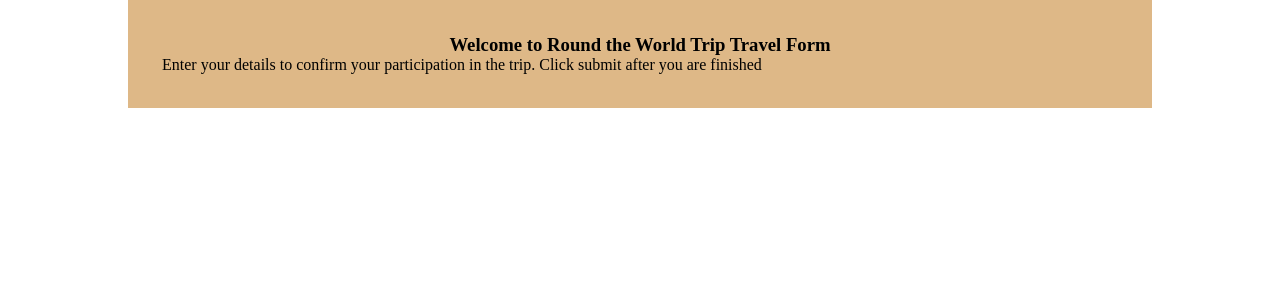
Repository: AvinashLikesToLearnNewStuff/TravelForm
Page: index.html
These files come from the project's save history. The page is drawn as it stood at one moment and after the next save; the edit follows.
The browser window is 1280 px wide. The pictures show the whole page.

Above is the page before, as saved 2023-03-18 16:30:00.
Console error: SyntaxError: Unexpected token '<'

### index.html
<!DOCTYPE html>
<html lang="en">
  <head>
    <meta charset="UTF-8" />
    <meta http-equiv="X-UA-Compatible" content="IE=edge" />
    <meta name="viewport" content="width=device-width, initial-scale=1.0" />
    <title>Travel to new places</title>
    <link rel="stylesheet" href="style.css" />
  </head>
  <body>
    <div class="container">
      <h3>Welcome to Round the World Trip Travel Form</h3>
      <p>
        Enter your details to confirm your participation in the trip. Click
        submit after you are finished
      </p>

      <form action="index.php" method="post"></form>
    </div>
    <script src="index.js"></script>
  </body>
</html>

### style.css
* {
    margin: 0px;
    padding: 0px;
    box-sizing: border-box;
}

.container {
    max-width: 80%;
    background-color: burlywood;
    padding: 34px;
    margin: auto;
}

.container h3 {
    text-align: center;
    margin: auto;
}

### index.js
<tab>i

After the next save:
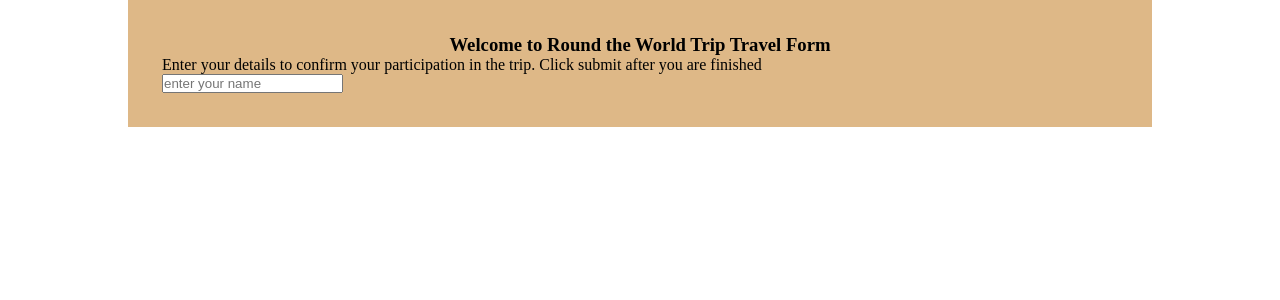
Saved 47 s later.
--- a/index.html
+++ b/index.html
@@ -15,7 +15,14 @@
         submit after you are finished
       </p>
 
-      <form action="index.php" method="post"></form>
+      <form action="index.php" method="post">
+        <input
+          type="text"
+          name="name"
+          id="name"
+          placeholder="enter your name"
+        />
+      </form>
     </div>
     <script src="index.js"></script>
   </body>
